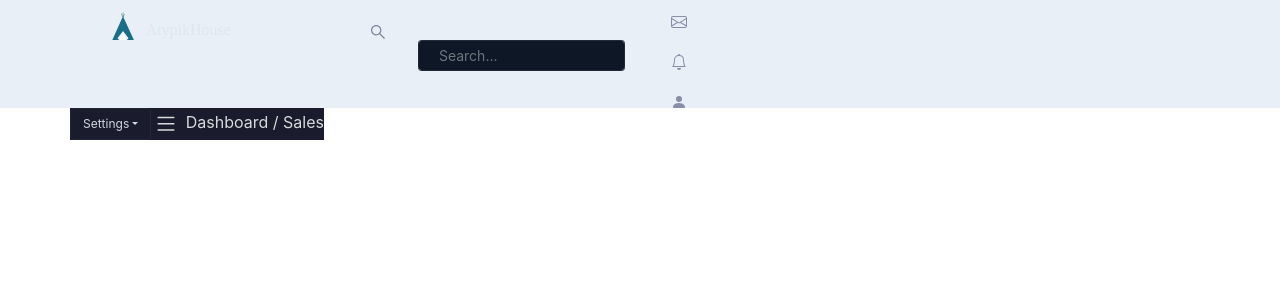
Repository: kifack/API-Symfony-AtypikHouse
Page: / (app in admin-frontend/)
The author's editor kept a copy of each file at every save. The page is drawn from the files as they stood at one save, then again after the next save.
The browser window is 1280 px wide. The pictures show the whole page.
Some web libraries are served in a nearby version. The project was rebuilt for these pictures with package versions that can differ from the ones it lists, and the page was loaded fresh each time. Also part of the build but not shown: admin-frontend/src/css/Responsive.css, admin-frontend/src/css/admin/navbar.css, admin-frontend/src/components/template_parts/Header.js, admin-frontend/src/components/template_parts/Footer.js, admin-frontend/src/components/template_parts/Sidebar.js, admin-frontend/src/components/partials/LocationEntry.js, admin-frontend/src/components/template_parts/Spinner.js, admin-frontend/src/actions/location.js and 26 more.

Above is the page before, as saved 2020-10-01 15:57:10.

### admin-frontend/public/index.html
<!DOCTYPE html>
<html lang="en">
  <head>
    <meta charset="utf-8" />
    <link rel="icon" href="%PUBLIC_URL%/atypikhouse.ico" />
    <meta name="viewport" content="width=device-width, initial-scale=1" />
    <meta name="theme-color" content="#000000" />
    <meta
      name="description"
      content="Web site created using create-react-app"
    />
    <link
      rel="stylesheet"
      href="https://use.fontawesome.com/releases/v5.8.1/css/all.css"
      integrity="sha384-50oBUHEmvpQ+1lW4y57PTFmhCaXp0ML5d60M1M7uH2+nqUivzIebhndOJK28anvf"
      crossorigin="anonymous"
    />
    <!--
      manifest.json provides metadata used when your web app is installed on a
      user's mobile device or desktop. See https://developers.google.com/web/fundamentals/web-app-manifest/
    -->
    <!-- <link rel="manifest" href="%PUBLIC_URL%/manifest.json" /> -->
    <!--
      Notice the use of %PUBLIC_URL% in the tags above.
      It will be replaced with the URL of the `public` folder during the build.
      Only files inside the `public` folder can be referenced from the HTML.

      Unlike "/favicon.ico" or "favicon.ico", "%PUBLIC_URL%/favicon.ico" will
      work correctly both with client-side routing and a non-root public URL.
      Learn how to configure a non-root public URL by running `npm run build`.
    -->
    <script
      src="https://code.jquery.com/jquery-3.5.1.min.js"
      integrity="sha256-9/aliU8dGd2tb6OSsuzixeV4y/faTqgFtohetphbbj0="
      crossorigin="anonymous"
    ></script>
    <script src="https://stackpath.bootstrapcdn.com/bootstrap/4.5.2/js/bootstrap.min.js"></script>
    <script
      src="https://code.jquery.com/jquery-3.5.1.min.js"
      integrity="sha256-9/aliU8dGd2tb6OSsuzixeV4y/faTqgFtohetphbbj0="
      crossorigin="anonymous"
    ></script>

    <script src="https://stackpath.bootstrapcdn.com/bootstrap/4.5.2/js/bootstrap.min.js"></script>
    <title>AtypikHouse</title>
  </head>
  <body>
    <noscript>You need to enable JavaScript to run this app.</noscript>
    <div id="root"></div>
    <!--
      This HTML file is a template.
      If you open it directly in the browser, you will see an empty page.

      You can add webfonts, meta tags, or analytics to this file.
      The build step will place the bundled scripts into the <body> tag.

      To begin the development, run `npm start` or `yarn start`.
      To create a production bundle, use `npm run build` or `yarn build`.
    -->
  </body>
</html>

### admin-frontend/src/index.js
import React from 'react';
import ReactDOM from 'react-dom';
import App from './components/App';
import 'bootstrap/dist/css/bootstrap.min.css';
import { Provider } from 'react-redux';
import configureStore from './store/store';
import HeaderBack from './components/backend/HeaderBack';


const store = configureStore();
ReactDOM.render(
  <React.StrictMode>
    <Provider store={store}>
      <HeaderBack />
    </Provider>

  </React.StrictMode>,
  document.getElementById('root')
);

### admin-frontend/src/store/store.js
import { createStore, applyMiddleware } from "redux";
import { composeWithDevTools } from "redux-devtools-extension";
import thunk from "redux-thunk";
import rootReducer from "../reducers";

const configureStore = () => {
  const initialState = {};

  const middleware = [thunk];

  const store = createStore(
    rootReducer,
    initialState,
    composeWithDevTools(applyMiddleware(...middleware))
  );
  return store;
};

export default configureStore;

### admin-frontend/src/components/backend/HeaderBack.js
import React from "react";
import { Navbar, Nav, Image, Row, Container, Col } from "react-bootstrap";
import { BsBell, BsEnvelope, BsFillPersonFill, BsList } from "react-icons/bs";
import { FaSistrix } from "react-icons/fa";
import logo from './../../media/logonegatif.svg';


class HeaderBack extends React.Component{
    render(){
        return(

            <header>
            <Navbar>

                <div className="blue-sky menuhaut">
                <Container >
                <Row >
                    <Col>
                        <Nav.Link><Image class="logo"src={logo}/><span class="titlesite">AtypikHouse</span></Nav.Link>
                    </Col>
                    <Col>
                        <form className="form-inline mt-4 mb-4">
                        <FaSistrix  className="icons"/>
                        <input className="form-control form-control-sm ml-5 w-100" type="text" placeholder="   Search..." aria-label="Search"  />
                        </form>
                    </Col>
                    <Col>
                        <Nav.Link><BsEnvelope class="icon-env"/></Nav.Link>
                        <Nav.Link><BsBell class="icon-bell"/></Nav.Link>
                        <Nav.Link><BsFillPersonFill class="icon-person"/></Nav.Link>
                    </Col>
                </Row>
                </Container>
                </div>

                    <div class="sous-header">
                    <Container>
                    <Row>
                    <div>
                        <div class="fond">
                        <button class="btn btn-secondary dropdown-toggle" type="button" id="dropdownMenuButton" data-toggle="dropdown" aria-haspopup="true" aria-expanded="false" >Settings</button>
                        <BsList class="icon-list"/>
                        <span class="titlelist"> Dashboard / Sales</span>
                        </div>
                    </div>
                    </Row>
                    </Container>
                    </div>

            </Navbar>
         </header>


        )
    }

}

export default HeaderBack;

### admin-frontend/src/utils/setAuthToken.js
import api from "./api";

const setAuthToken = (token) => {
  if (token) {
    console.log("setting...");
    api.defaults.headers.common.authorization = "Bearer " + token;
    localStorage.setItem("token", token);
  } else {
    console.log("deleting...");
    delete api.defaults.headers.common["Authorization"];
    localStorage.removeItem("token");
  }
};

export default setAuthToken;

### admin-frontend/src/css/App.css
:root {
  --primaryColor: #1c6e86;
  --secondaryColor :#060818;
  --tierColor: #1e2020;
  --white: #ffffff;
}

* {
  margin: 0;
  padding: 0;
  box-sizing: border-box;
}

@font-face {
  font-family: "title-logo";
  src: url("./../polices/vagnotie.otf");
}
@font-face {
  font-family: "title-block";
  src: url("./../polices/Vogue.ttf");
}
@font-face {
  font-family: "title-secondaire";
  src: url("./../polices/ArcaMajora3-Bold.otf");
}
@font-face {
  font-family : "sans-serifSpe";
  src: url("./../polices/Myriad-Pro_31655.ttf");
}

.blue-sky {
  background-color: var(--secondaryColor);
}
body .blue-Marine {
  background-color: var(--primaryColor);
}

.titleBlock {
  font-family: "title-block";
  padding-top: 30px;
  font-size: 1.3rem;
  color: var(--tiercolor);
}
.titleConte{
  text-align: center;
}
.btnNb{
  padding: 10px 20px;
  text-decoration: none;
  border-radius: 20px;
  font-family: "title-secondaire";
  font-size: 1rem;
}
.secondaryNb {
  color: var(--secondaryColor);
}
.btnNb:hover {
  text-decoration: none;
  color: var(--primaryColor);
  background-color: var(--secondaryColor);
}
.conteneurBtn {
  padding-top: 20px;
}
img {
  width: 100%;
}


/*********************************************************** Header backend ************************************************************************************/

.icons{

  color: #7e849d;


}

.form-inline{


}
.titlesite, .logo{

  color: #e0e6ed;
  width: 30px;
  font-family: "title-secondair";
  font-size: 1.0rem;

}
header .container img {

  width: 20%;

}

.icon-env, .icon-bell, .icon-person {


  color: #888ea8;
}


input.form-control.form-control-sm.ml-5.w-100 {
  background-color: #0e1726;
  color: #7e849d;
  border-color: #212837;


}

button#dropdownMenuButton {

background-color: #1a1c2d;
color: #d2d8df;
border-color: #212837;
font-size: 12px;
}


.icon-list{

 color: #d9dadc;
 width: 30px;
 height: 25px;

}

.titlelist{

 color: #d9dadc;

}
.fond{


 background: #1a1c2d;
}

header .navbar{
  padding: 0;
  margin: 0;
  display: block;
}

header .menuhaut{
  height: 15vh;
}
header .menuhaut .col:first-child{
  width: 30%;
}
header .menuhaut .col:nth-child(2){
  width: 30%;
}
header .menuhaut .col:nth-child(3){
  width: 30%;
}

### admin-frontend/src/reducers/index.js
import { combineReducers } from "redux";
import auth from "./auth";
import location from "./location";
import user from "./user";
import comment from "./comment";
import destination from "./destination";
import category from "./category";
import thematic from "./thematic";
import field from "./field";

export default combineReducers({
  auth,
  location,
  user,
  comment,
  destination,
  category,
  thematic,
  field,
});

### admin-frontend/src/utils/api.js
import axios from "axios";
import store from "../store/store";
import { LOGOUT } from "../actions/types";

const api = axios.create({
  baseURL: "http://localhost:8000/api/v01",
  // baseURL: "http://api.f2i-dev2-ami-bc-akb-vyk.fr/api/v01",
  headers: {
    "Content-Type": "application/json",
    Accept: "application/json",
  },
});

const { dispatch } = store;

export default api;

### admin-frontend/src/css/sidebar.css
:root {
  --primaryColor: #0090d9;
  --secondaryColor: #e8f1f8;
  --tierColor: #1e2020;
  --white: #ffffff;
}

.sidebar {
  width: 240px;
  min-height: 100vh;
  transition: 0.4s;
  transition-property: width;
  background-color: #fff;

  /* background-image: linear-gradient(180deg, #4e73df 10%, #224abe 100%); */
  /* overflow-y: auto; */
}

.sidebar ul {
  /* color: var(--primaryColor); */
  height: 100%;
  width: 100%;
  list-style: none;
}
.sidebar .menu li {
  line-height: 60px;
  border-bottom: 1px solid #bdb8d7;
  border-bottom: 1px solid rgba(0, 0, 0, 0.05);
  border-top: 1px solid rgba(255, 255, 255, 0.05);
}
.sidebar .menu li:last-child {
  border-bottom: 1px solid rgba(255, 255, 255, 0.05);
}
.sidebar .menu li a {
  position: relative;
  text-decoration: none;
  color: #6c757d;
  font-size: 16px;
  padding-left: 20px;
  font-weight: 500;
  display: block;
  width: 100%;
  border-left: 3px solid transparent;
}
.sidebar .menu li a > i {
  color: var(--primaryColor);
  padding-right: 8px;
}
.sidebar .menu li.active a {
  color: #fff;
  background: #4e73df;
  /* border-left-color: #000; */
}
.sidebar .menu li a:hover {
  /* background-color: #4e73df; */
  opacity: 0.9;
  color: var(--primaryColor);
}
.sidebar .menu ul {
  position: static;
  display: none;
  background-color: #fff;
}

.sidebar .menu ul li {
  line-height: 50px;
  border-top: none;
  color: var(--primaryColor);
}

.sidebar ul li a .item {
  /* margin-left: 15px; */
  transition: 0.4s;
  transition-property: display;
}
.sidebar .menu ul li a {
  font-size: 15px;
  color: #6c757d;
  padding-left: 50px;
}
.sidebar .menu li.active ul li a {
  color: #e6e6e6;
  background: #1b1b1b;
  border-left-color: transparent;
}
.sidebar .menu ul li a:hover {
  border-left-color: var(--primaryColor);
  border-left-width: 5px;
}
.sidebar li a .caret-menu {
  position: absolute;
  top: 50%;
  right: 20px;
  transform: translateY(-50%);
  font-size: 18px;
  transition: transform 0.7s;
}
.sidebar li a span.rotate {
  transform: translateY(-50%) rotate(-180deg);
}

.wrapper.collapse-sidebar .sidebar {
  width: 70px;
}

.wrapper.collapse-sidebar .main_content {
  width: calc(100% - 70px);
}

.wrapper.collapse-sidebar .sidebar .item,
.submenu,
.wrapper.collapse-sidebar .sidebar .submenu li {
  display: none;
}

### admin-frontend/src/css/card.css
/* Navigation tabs */
:root {
  --primaryColor: #0090d9;
  --secondaryColor: #e8eff7;
  --tierColor: #1e2020;
  --white: #ffffff;
}
.tabs {
  /* width: 730px; */
  height: 100vh;
  overflow: hidden;
  border-radius: 5px;
  box-shadow: 5px 10px 5px #ccc;
  border: 1px solid #eee;
  margin-right: 10px;
}
.tabs .tab-header {
  /* height: 40px; */
  display: flex;
  align-items: center;
  width: 100%;
  padding: 15px;
  /* border: 1px solid #eee; */
}

.tabs .tab-header > div {
  width: calc(100% / 2);
  text-align: center;
  color: #888;
  font-weight: 600;
  cursor: pointer;
  font-size: 14px;
  text-transform: uppercase;
  outline: none;
}
/* .tabs .tab-header > div > i {
  display: block;
  margin-bottom: 5px;
} */
.tabs .tab-header > div.active {
  color: var(--primaryColor);
}
.tabs .tab-indicator {
  position: relative;
  width: calc(100% / 2);
  height: 5px;
  background: var(--primaryColor);
  left: 0px;
  border-radius: 5px;
  transition: all 500ms ease-in-out;
}
.tabs .tab-body {
  position: relative;
  height: calc(100% - 60px);
  padding: 10px 5px;
}
.tabs .tab-body > div {
  padding: 20px;
  position: absolute;
  width: 100%;
  top: -200%;
  opacity: 0;
  transform: scale(0.9);
  transition: opacity 500ms ease-in-out 0ms, transform 500ms ease-in-out 0ms;
}
.tabs .tab-body > div.active {
  top: 0px;
  opacity: 1;
  transform: scale(1);
}

/* Display location  */
.img-container {
  position: relative;
}
/* Next & previous buttons */
.prev,
.next {
  cursor: pointer;
  position: absolute;
  text-decoration: none !important;
  top: 50%;
  width: auto;
  margin-top: -22px;
  padding: 16px;
  color: white !important;
  font-weight: bold;
  font-size: 18px;
  transition: 0.6s ease;
  border-radius: 0 3px 3px 0;
  user-select: none;
}

/* Position the "next button" to the right */
.next {
  right: 0;
  border-radius: 3px 0 0 3px;
}
.prev {
  left: 0;
}

/* On hover, add a black background color with a little bit see-through */
.prev:hover,
.next:hover {
  background-color: rgba(0, 0, 0, 0.8);
}
/* Fading animation */
.custom-fade {
  -webkit-animation-name: fade;
  -webkit-animation-duration: 1.5s;
  animation-name: fade;
  animation-duration: 1.5s;
}

@-webkit-keyframes fade {
  from {
    opacity: 0.4;
  }
  to {
    opacity: 1;
  }
}

@keyframes fade {
  from {
    opacity: 0.4;
  }
  to {
    opacity: 1;
  }
}

### admin-frontend/src/reducers/auth.js
import {
  LOAD_USER_REQUEST,
  USER_LOADED,
  AUTH_ERROR,
  LOGIN_REQUEST,
  LOGIN_SUCCESS,
  LOGIN_FAIL,
  LOGOUT,
} from "../actions/types";
import setAuthToken from "../utils/setAuthToken";

const initialState = {
  token: localStorage.getItem("token"),
  isAuthenticated: false,
  loading: false,
  user: null,
  isLogining: false,
  error: null,
};

export default function (state = initialState, action) {
  const { type, payload } = action;

  switch (type) {
    case LOAD_USER_REQUEST:
      return {
        ...state,
        loading: true,
      };
    case USER_LOADED:
      if (payload.roles.indexOf("ROLE_ADMIN") >= 0) {
        return {
          ...state,
          isAuthenticated: true,
          loading: false,
          user: payload,
        };
      } else {
        return {
          ...state,
          isAuthenticated: false,
          loading: false,
          error: "Vous n'avez pas des droits d'accés",
        };
      }
    case LOGIN_REQUEST:
      return {
        ...state,
        isLogining: true,
      };
    case LOGIN_SUCCESS:
      if (payload.user.roles.indexOf("ROLE_ADMIN") >= 0) {
        localStorage.setItem("token", payload.token);
        setAuthToken(payload.token);
        return {
          ...state,
          isAuthenticated: true,
          isLogining: false,
          user: payload.user,
        };
      } else {
        return {
          ...state,
          isAuthenticated: false,
          isLogining: false,
          error: "Vous n'avez pas des droits d'accéss",
        };
      }

    case AUTH_ERROR:
    case LOGOUT:
      console.log("logout");
      localStorage.removeItem("token");
      return {
        ...state,
        token: null,
        isAuthenticated: false,
        loading: false,
        user: null,
        error: payload,
      };

    case LOGIN_FAIL:
      return {
        ...state,
        isLogining: false,
        error: payload.message,
      };

    default:
      return state;
  }
}

### admin-frontend/src/reducers/location.js
import {
  LOAD_LOCATIONS,
  LOAD_LOCATIONS_SUCCESS,
  LOAD_LOCATIONS_ERROR,
  VALIDATE_LOCATION,
  VALIDATE_LOCATION_ERROR,
  DEACTIVATE_LOCATION,
  DEACTIVATE_LOCATION_ERROR,
  LOAD_LOCATION,
  LOAD_LOCATION_SUCCESS,
  LOAD_LOCATION_ERROR,
} from "../actions/types";

const initialState = {
  locations: [],
  location: null,
  loading: false,
  loadingLocation: true,
};

export default function (state = initialState, action) {
  const { type, payload } = action;
  let index, locations;

  switch (type) {
    case LOAD_LOCATIONS:
      return {
        ...state,
        loading: true,
      };
    case LOAD_LOCATIONS_SUCCESS:
      return {
        ...state,
        locations: payload,
        loading: false,
      };

    case LOAD_LOCATION:
      return {
        ...state,
        loadingLocation: true,
        location: null,
      };
    case LOAD_LOCATION_SUCCESS:
      return {
        ...state,
        location: payload,
        loadingLocation: false,
      };
    case VALIDATE_LOCATION:
      index = state.locations.findIndex((item) => item.id === payload);
      locations = state.locations;
      locations[index].status = 1;

      return {
        ...state,
        locations: [...locations],
        loading: false,
      };
    case DEACTIVATE_LOCATION:
      index = state.locations.findIndex((item) => item.id === payload);
      locations = state.locations;
      locations[index].status = 2;

      return {
        ...state,
        locations: [...locations],
        loading: false,
      };

    default:
      return state;
  }
}

### admin-frontend/src/reducers/user.js
import {
  LOAD_USERS,
  LOAD_USERS_ERROR,
  LOAD_USERS_SUCCESS,
  LOAD_USER,
  LOAD_USER_SUCCESS,
  LOAD_USER_ERROR,
  TOGGLE_SIDEBAR,
  ACTIVATE_USER,
  ACTIVATE_USER_ERROR,
  DEACTIVATE_USER,
  DEACTIVATE_USER_ERROR,
} from "../actions/types";

const initialState = {
  users: [],
  user: null,
  loading: false,
  loadingUser: true,
  showSidebar: true,
};

export default function (state = initialState, action) {
  const { type, payload } = action;
  let index, users;

  switch (type) {
    case LOAD_USERS:
      return {
        ...state,
        loading: true,
      };
    case LOAD_USERS_SUCCESS:
      return {
        ...state,
        users: payload,
        loading: false,
      };

    case LOAD_USER:
      return {
        ...state,
        user: null,
        loadingUser: true,
      };
    case LOAD_USER_SUCCESS:
      return {
        ...state,
        user: payload,
        loadingUser: false,
      };
    case ACTIVATE_USER:
      index = state.users.findIndex((item) => item.id === payload);
      users = state.users;
      users[index].status = 1;

      return {
        ...state,
        users: [...users],
        loading: false,
      };
    case DEACTIVATE_USER:
      index = state.users.findIndex((item) => item.id === payload);
      users = state.users;
      users[index].status = 0;

      return {
        ...state,
        users: [...users],
        loading: false,
      };

    case TOGGLE_SIDEBAR:
      return {
        ...state,
        showSidebar: !state.showSidebar,
      };

    default:
      return state;
  }
}

### admin-frontend/src/reducers/comment.js
import {
  LOAD_COMMENTS,
  LOAD_COMMENTS_SUCCESS,
  LOAD_COMMENTS_ERROR,
  DELETE_COMMENT,
  DELETE_COMMENT_ERROR,
} from "../actions/types";

const initialState = {
  comments: [],
  loading: false,
};

export default function (state = initialState, action) {
  const { type, payload } = action;

  switch (type) {
    case LOAD_COMMENTS:
      return {
        ...state,
        loading: true,
      };

    case LOAD_COMMENTS_SUCCESS:
      return {
        ...state,
        comments: payload,
        loading: false,
      };
    case DELETE_COMMENT:
      let filteredComments = state.comments.filter(
        (item) => item.id !== payload
      );
      return {
        ...state,
        comments: [...filteredComments],
        loading: false,
      };

    default:
      return state;
  }
}

### admin-frontend/src/reducers/destination.js
import {
  LOAD_DESTINATIONS,
  LOAD_DESTINATIONS_SUCCESS,
  LOAD_DESTINATIONS_ERROR,
  ADD_DESTINATION,
  ADD_DESTINATION_ERROR,
} from "../actions/types";

const initialState = {
  destinations: [],
  loading: false,
};

export default function (state = initialState, action) {
  const { type, payload } = action;

  switch (type) {
    case ADD_DESTINATION:
      return {
        ...state,
        destinations: [...state.destinations, payload],
        loading: false,
      };
    case LOAD_DESTINATIONS:
      return {
        ...state,
        loading: true,
      };
    case LOAD_DESTINATIONS_SUCCESS:
      return {
        ...state,
        destinations: payload,
        loading: false,
      };

    default:
      return state;
  }
}

### admin-frontend/src/reducers/category.js
import {
  LOAD_CATEGORIES,
  LOAD_CATEGORIES_SUCCESS,
  LOAD_CATEGORIES_ERROR,
  ADD_CATEGORY,
  ADD_CATEGORY_ERROR,
} from "../actions/types";

const initialState = {
  categories: [],
  loading: false,
};

export default function (state = initialState, action) {
  const { type, payload } = action;

  switch (type) {
    case LOAD_CATEGORIES:
      return {
        ...state,
        loading: true,
      };
    case LOAD_CATEGORIES_SUCCESS:
      return {
        ...state,
        categories: [...payload],
        loading: false,
      };
    case ADD_CATEGORY:
      return {
        ...state,
        categories: [...state.categories, payload],
        loading: false,
      };

    default:
      return state;
  }
}

### admin-frontend/src/reducers/thematic.js
import {
  LOAD_THEMATICS,
  LOAD_THEMATICS_SUCCESS,
  LOAD_THEMATICS_ERROR,
  ADD_THEMATIC,
  ADD_THEMATIC_ERROR,
} from "../actions/types";

const initialState = {
  thematics: [],
  loading: false,
};

export default function (state = initialState, action) {
  const { type, payload } = action;

  switch (type) {
    case ADD_THEMATIC:
      return {
        ...state,
        thematics: [...state.thematics, payload],
        loading: false,
      };

    case LOAD_THEMATICS:
      return {
        ...state,
        loading: true,
      };

    case LOAD_THEMATICS_SUCCESS:
      return {
        ...state,
        thematics: payload,
        loading: false,
      };

    default:
      return state;
  }
}

### admin-frontend/src/reducers/field.js
import {
  LOAD_FIELDS,
  LOAD_FIELDS_ERROR,
  ADD_FIELD,
  ADD_FIELD_ERROR,
} from "../actions/types";

const initialState = {
  fields: [],
  loading: true,
};

export default function (state = initialState, action) {
  const { type, payload } = action;

  switch (type) {
    case LOAD_FIELDS:
      return {
        ...state,
        fields: [...payload],
        loading: false,
      };
    case ADD_FIELD:
      return {
        ...state,
        fields: [...state.fields, payload],
        loading: false,
      };

    default:
      return state;
  }
}

### admin-frontend/src/css/spinner.css
/* https://projects.lukehaas.me/css-loaders/ */
:root {
  --primaryColor: #0090d9;
  --secondaryColor: #e8eff7;
  --tierColor: #1e2020;
  --white: #ffffff;
}

.spinner {
  width: 100%;
  height: 100%;
  display: flex;
  align-items: center;
  justify-content: center;
  /* background-color: rgb(0, 0, 0); */
  /* background-color: #eee; */
}

.loader {
  color: var(--primaryColor);
  font-size: 20px;
  margin: 100px auto;
  width: 1em;
  height: 1em;
  border-radius: 50%;
  position: relative;
  text-indent: -9999em;
  -webkit-animation: load4 1.3s infinite linear;
  animation: load4 1.3s infinite linear;
  -webkit-transform: translateZ(0);
  -ms-transform: translateZ(0);
  transform: translateZ(0);
}
@-webkit-keyframes load4 {
  0%,
  100% {
    box-shadow: 0 -3em 0 0.2em, 2em -2em 0 0em, 3em 0 0 -1em, 2em 2em 0 -1em,
      0 3em 0 -1em, -2em 2em 0 -1em, -3em 0 0 -1em, -2em -2em 0 0;
  }
  12.5% {
    box-shadow: 0 -3em 0 0, 2em -2em 0 0.2em, 3em 0 0 0, 2em 2em 0 -1em,
      0 3em 0 -1em, -2em 2em 0 -1em, -3em 0 0 -1em, -2em -2em 0 -1em;
  }
  25% {
    box-shadow: 0 -3em 0 -0.5em, 2em -2em 0 0, 3em 0 0 0.2em, 2em 2em 0 0,
      0 3em 0 -1em, -2em 2em 0 -1em, -3em 0 0 -1em, -2em -2em 0 -1em;
  }
  37.5% {
    box-shadow: 0 -3em 0 -1em, 2em -2em 0 -1em, 3em 0em 0 0, 2em 2em 0 0.2em,
      0 3em 0 0em, -2em 2em 0 -1em, -3em 0em 0 -1em, -2em -2em 0 -1em;
  }
  50% {
    box-shadow: 0 -3em 0 -1em, 2em -2em 0 -1em, 3em 0 0 -1em, 2em 2em 0 0em,
      0 3em 0 0.2em, -2em 2em 0 0, -3em 0em 0 -1em, -2em -2em 0 -1em;
  }
  62.5% {
    box-shadow: 0 -3em 0 -1em, 2em -2em 0 -1em, 3em 0 0 -1em, 2em 2em 0 -1em,
      0 3em 0 0, -2em 2em 0 0.2em, -3em 0 0 0, -2em -2em 0 -1em;
  }
  75% {
    box-shadow: 0em -3em 0 -1em, 2em -2em 0 -1em, 3em 0em 0 -1em, 2em 2em 0 -1em,
      0 3em 0 -1em, -2em 2em 0 0, -3em 0em 0 0.2em, -2em -2em 0 0;
  }
  87.5% {
    box-shadow: 0em -3em 0 0, 2em -2em 0 -1em, 3em 0 0 -1em, 2em 2em 0 -1em,
      0 3em 0 -1em, -2em 2em 0 0, -3em 0em 0 0, -2em -2em 0 0.2em;
  }
}
@keyframes load4 {
  0%,
  100% {
    box-shadow: 0 -3em 0 0.2em, 2em -2em 0 0em, 3em 0 0 -1em, 2em 2em 0 -1em,
      0 3em 0 -1em, -2em 2em 0 -1em, -3em 0 0 -1em, -2em -2em 0 0;
  }
  12.5% {
    box-shadow: 0 -3em 0 0, 2em -2em 0 0.2em, 3em 0 0 0, 2em 2em 0 -1em,
      0 3em 0 -1em, -2em 2em 0 -1em, -3em 0 0 -1em, -2em -2em 0 -1em;
  }
  25% {
    box-shadow: 0 -3em 0 -0.5em, 2em -2em 0 0, 3em 0 0 0.2em, 2em 2em 0 0,
      0 3em 0 -1em, -2em 2em 0 -1em, -3em 0 0 -1em, -2em -2em 0 -1em;
  }
  37.5% {
    box-shadow: 0 -3em 0 -1em, 2em -2em 0 -1em, 3em 0em 0 0, 2em 2em 0 0.2em,
      0 3em 0 0em, -2em 2em 0 -1em, -3em 0em 0 -1em, -2em -2em 0 -1em;
  }
  50% {
    box-shadow: 0 -3em 0 -1em, 2em -2em 0 -1em, 3em 0 0 -1em, 2em 2em 0 0em,
      0 3em 0 0.2em, -2em 2em 0 0, -3em 0em 0 -1em, -2em -2em 0 -1em;
  }
  62.5% {
    box-shadow: 0 -3em 0 -1em, 2em -2em 0 -1em, 3em 0 0 -1em, 2em 2em 0 -1em,
      0 3em 0 0, -2em 2em 0 0.2em, -3em 0 0 0, -2em -2em 0 -1em;
  }
  75% {
    box-shadow: 0em -3em 0 -1em, 2em -2em 0 -1em, 3em 0em 0 -1em, 2em 2em 0 -1em,
      0 3em 0 -1em, -2em 2em 0 0, -3em 0em 0 0.2em, -2em -2em 0 0;
  }
  87.5% {
    box-shadow: 0em -3em 0 0, 2em -2em 0 -1em, 3em 0 0 -1em, 2em 2em 0 -1em,
      0 3em 0 -1em, -2em 2em 0 0, -3em 0em 0 0, -2em -2em 0 0.2em;
  }
}

Loaded but not shown: admin-frontend/src/actions/types.js (79 lines, source omitted)

After the next save:
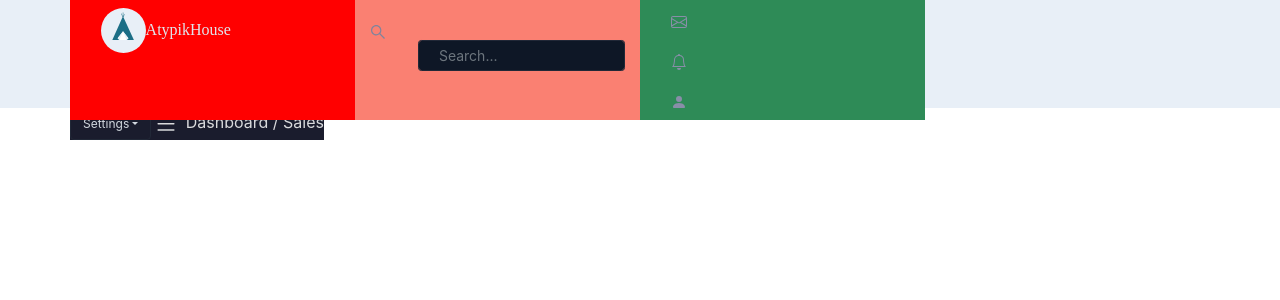
Saved 59 s later.
--- a/admin-frontend/src/css/App.css
+++ b/admin-frontend/src/css/App.css
@@ -148,10 +148,13 @@ header .menuhaut{
 }
 header .menuhaut .col:first-child{
   width: 30%;
+  background-color: red;
 }
 header .menuhaut .col:nth-child(2){
   width: 30%;
+  background-color: salmon;
 }
 header .menuhaut .col:nth-child(3){
   width: 30%;
+  background-color: seagreen;
 }
